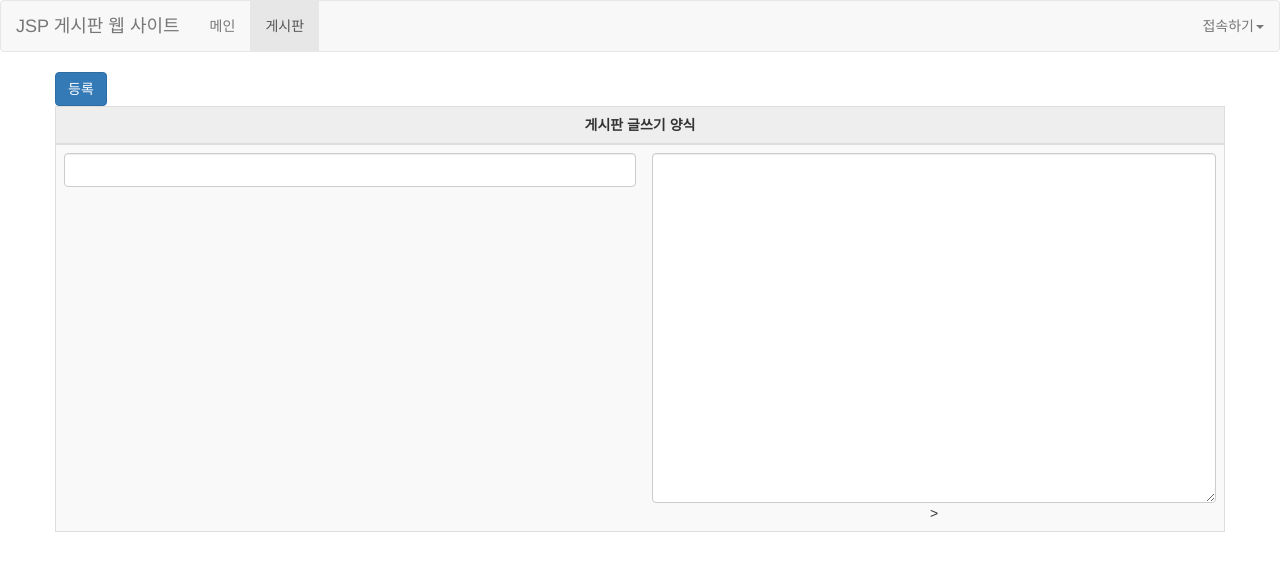
Repository: flown222/JSP_BasicWebsite_Project
Page: http://localhost/BBS/write.jsp
The author's editor kept a copy of each file at every save. The page is drawn from the files as they stood at one save, then again after the next save.
The browser window is 1280 px wide. The pictures show the whole page.
The page is served by Tomcat 9.

Above is the page before, as saved 2022-08-21 07:24:49.

After the next save:
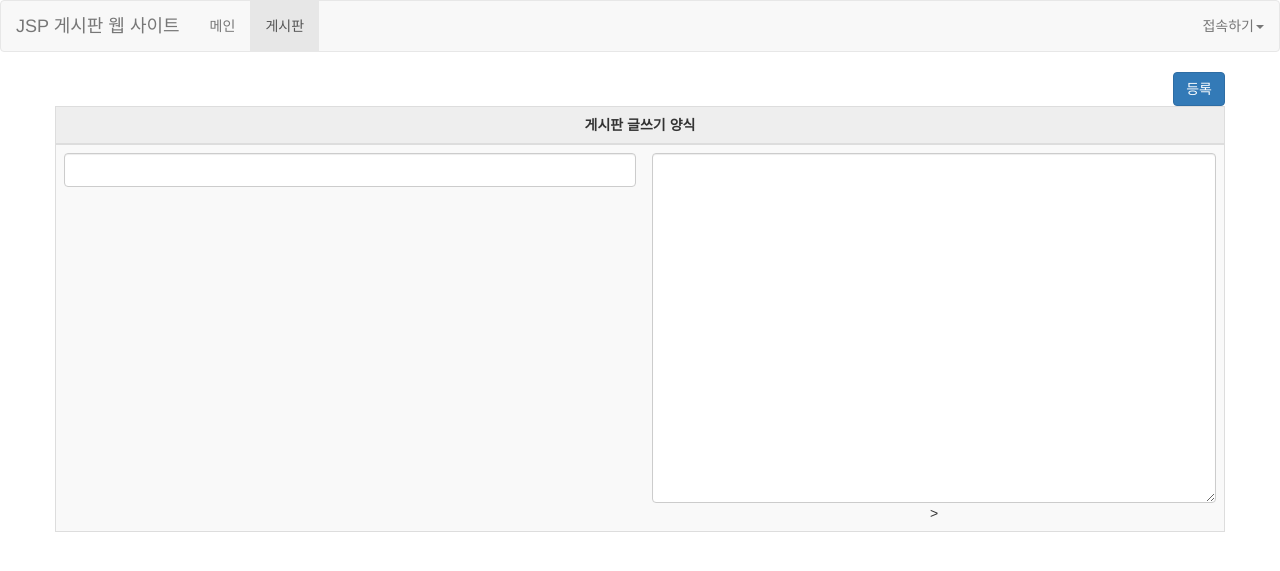
Saved 12 s later.
--- a/projects /BBS/src/main/webapp/write.jsp
+++ b/projects /BBS/src/main/webapp/write.jsp
@@ -84,7 +84,7 @@
 						name="bbsContent" maxlength="2048" style= "height: 350px; "></textarea>></td>
 					</tr>
 				</tbody>
-				<input type="submit" class="btn btn-primary pull-center" value = "등록">
+				<input type="submit" class="btn btn-primary pull-right" value = "등록">
 			</table>
 
 		</div>
